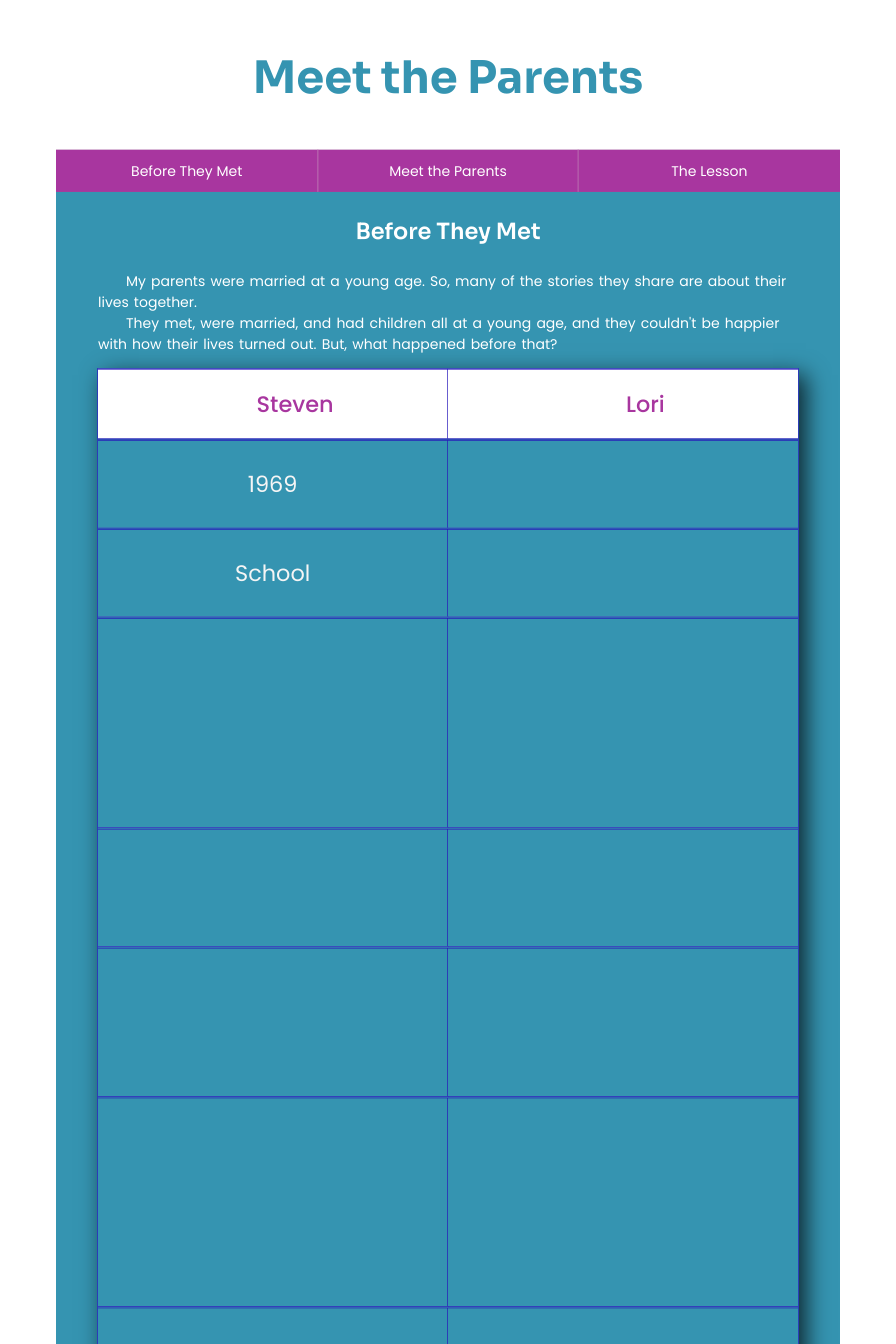
Repository: Sbethm/parents-tribute
Page: timeline.html
These files come from the project's save history. The page is drawn as it stood at one moment and after the next save; the edit follows.
The browser window is 1280 px wide. The pictures show the part of the page from y = 0 to 1920 px (the page is 3452 px tall before and 3468 px after), at 70% of full size.

Above is the page before, as saved 2021-02-24 13:24:46.

After the next save:
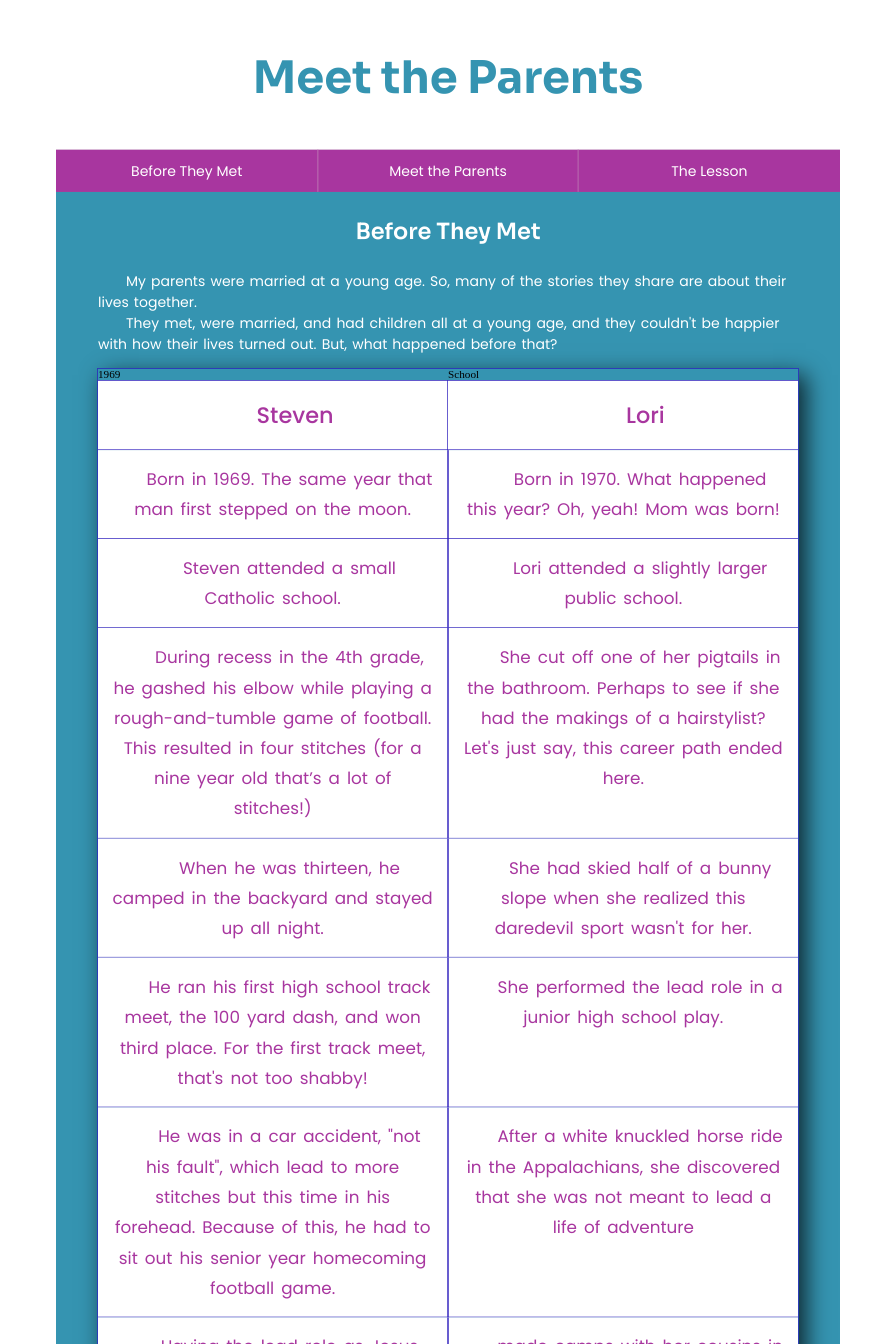
Saved 46 s later.
--- a/style.css
+++ b/style.css
@@ -719,114 +719,6 @@
     }
 
 
-.cover__left {
-    z-index: 2;
-    color:rgb(245, 245, 245);
-    font-family: 'Poppins', sans-serif;
-    text-align: center;
-    font-size: 2em;
-    background-color: rgb(53, 148, 177);
-    border-top: double 3px rgb(40, 23, 187);
-    border-right: solid 1px rgb(40, 23, 187);
-    display: flex;
-    justify-content: center;
-    align-items: center;
-}
-
-.cover__right {
-    z-index: 2;
-    color:rgb(245, 245, 245);
-    font-family: 'Poppins', sans-serif;
-    text-align: center;
-    font-size: 2em;
-    background-color: rgb(53, 148, 177);
-    border-top: double 3px rgb(40, 23, 187);
-
-    display: flex;
-    justify-content: center;
-    align-items: center;
-
-}
-
-.cover__left:hover,
-.cover__right:hover {
-    animation-name: fade;
-    animation-duration: 1s;
-    animation-fill-mode: forwards;
-}
-
-@keyframes fade {
-    0% {
-        background-color: rgb(53, 148, 177);
-    }
-    100% {
-        background-color: rgb(65, 175, 209, 0);
-    }
-}
-
-.f-1__cover {
-    grid-area: f-1;
-}
-
-.f-2__cover {
-    grid-area: f-2;
-}
-
-.f-3__cover {
-    grid-area: f-3;
-}
-
-.f-4__cover {
-    grid-area: f-4;
-}
-
-.f-5__cover {
-    grid-area: f-5;
-}
-
-.f-6__cover {
-    grid-area: f-6;
-}
-
-.f-7__cover {
-    grid-area: f-7;
-}
-
-.f-8__cover {
-    grid-area: f-8;
-}
-
-.m-1__cover {
-    grid-area: m-1;
-}
-
-.m-2__cover {
-    grid-area: m-2;
-}
-
-.m-3__cover {
-    grid-area: m-3;
-}
-
-.m-4__cover {
-    grid-area: m-4;
-}
-
-.m-5__cover {
-    grid-area: m-5;
-}
-
-.m-6__cover {
-    grid-area: m-6;
-}
-
-.m-7__cover {
-    grid-area: m-7;
-}
-
-.m-8__cover {
-    grid-area: m-8;
-}
 
 .m-1 {
     border-left: solid 1px rgb(40, 23, 187);
